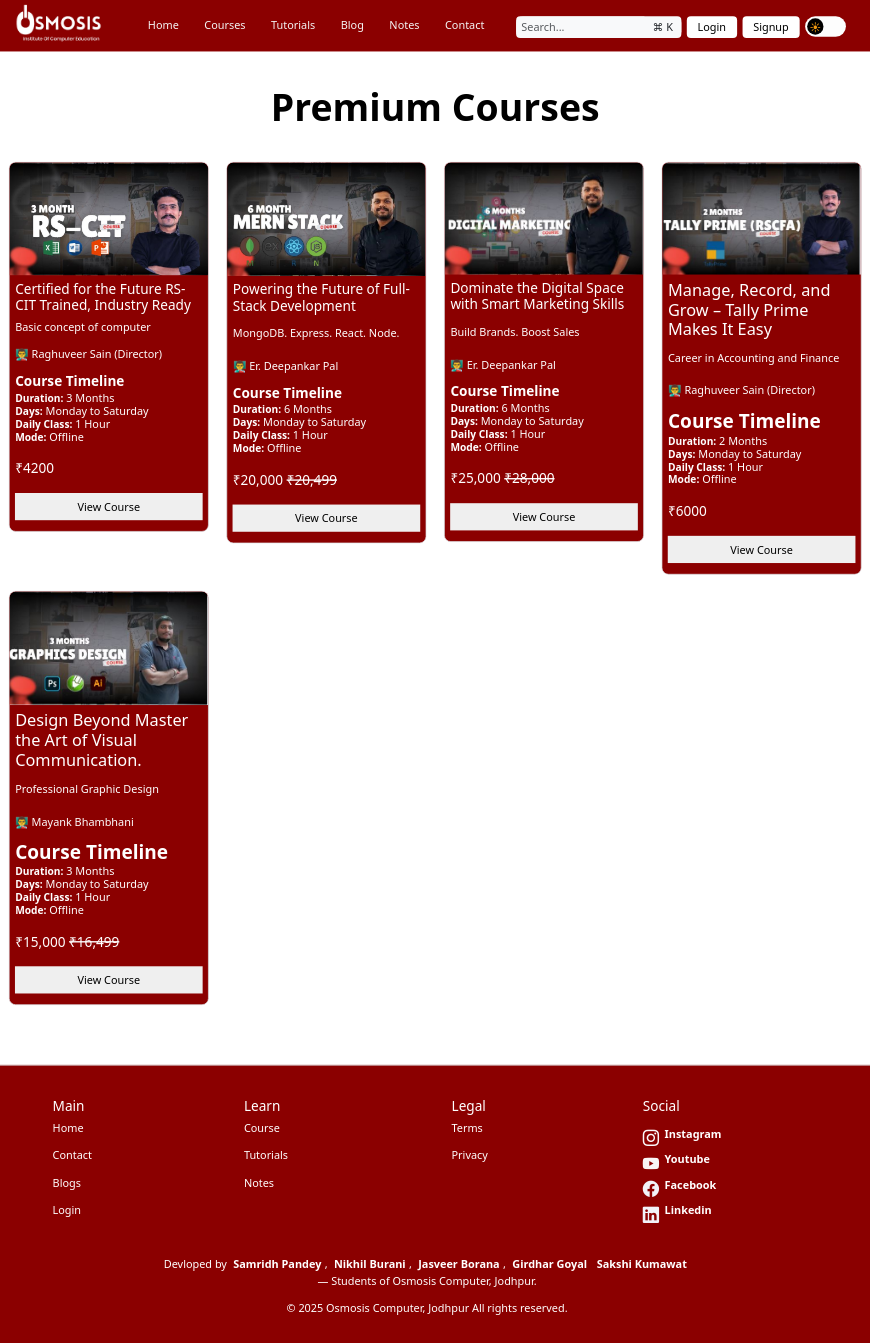
Repository: samriidhpandey/osmosis
Page: /Courses
These files come from the project's save history. The page is drawn as it stood at one moment and after a run of saves; the edit follows.
The browser window is 1280 px wide. The pictures show the whole page, at 68% of full size.
The project was rebuilt for these pictures with package versions that can differ from the ones it lists, and the page was loaded fresh each time. Also part of the build but not shown: vite.config.js, src/Section2.jsx, src/Section3.jsx, src/Section4.jsx, src/InfiniteReviewScroll.jsx, src/Section5.jsx, src/TypingText.jsx, src/AnimatedName.jsx and 103 more. Imported but missing from the stored project, and not drawn on this page: src/Images/final-app-on-mobile.mp4, src/Images/final-app-on-pc.mp4, src/Images/open-terminals.mp4, src/Images/python-location.mp4.

Above is the page before, as saved 2025-07-21 16:36:52.

After the next 2 saves:
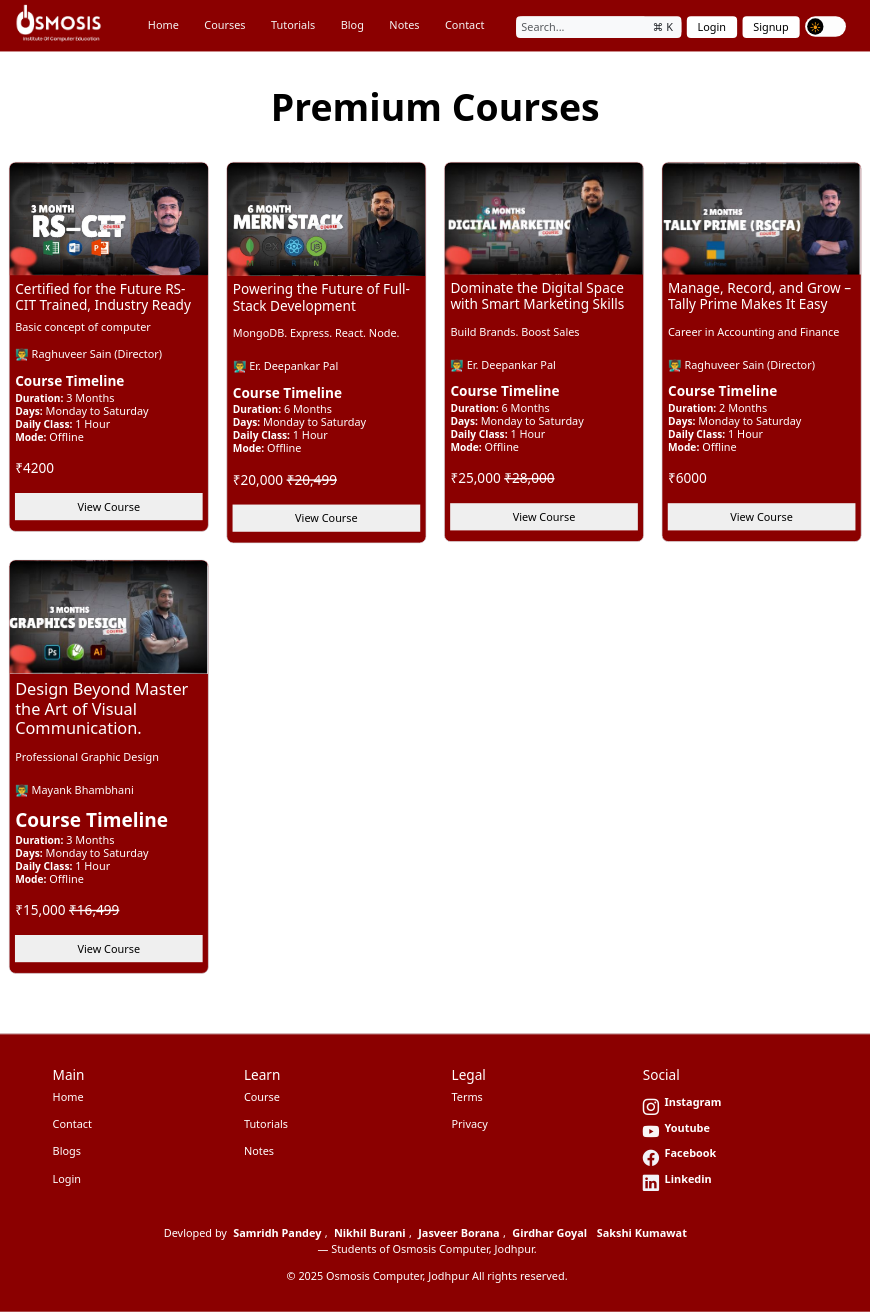
The 2 saves are shown as one change because they came seconds apart.
The last was saved 9 s later.
--- a/src/Component2/Courses.jsx
+++ b/src/Component2/Courses.jsx
@@ -135,10 +135,10 @@
                 <img src={ad4} className='img-fluid cour-img w-100' alt="" />
               </div>
               <div className=" p-2">
-            <h4 className=''>Manage, Record, and Grow – Tally Prime Makes It Easy</h4>
+            <h5 className=''>Manage, Record, and Grow – Tally Prime Makes It Easy</h5>
             <p className='mt-3'>Career in Accounting and Finance</p>
             <p className='mt-4'>👨‍🏫 Raghuveer Sain (Director)</p>
-            <h3 style={headingStyle}>Course Timeline</h3>
+            <h5 style={headingStyle}>Course Timeline</h5>
       <p style={itemStyle}><strong>Duration:</strong> 2 Months</p>
       <p style={itemStyle}><strong>Days:</strong> Monday to Saturday</p>
       <p style={itemStyle}><strong>Daily Class:</strong> 1 Hour</p>
